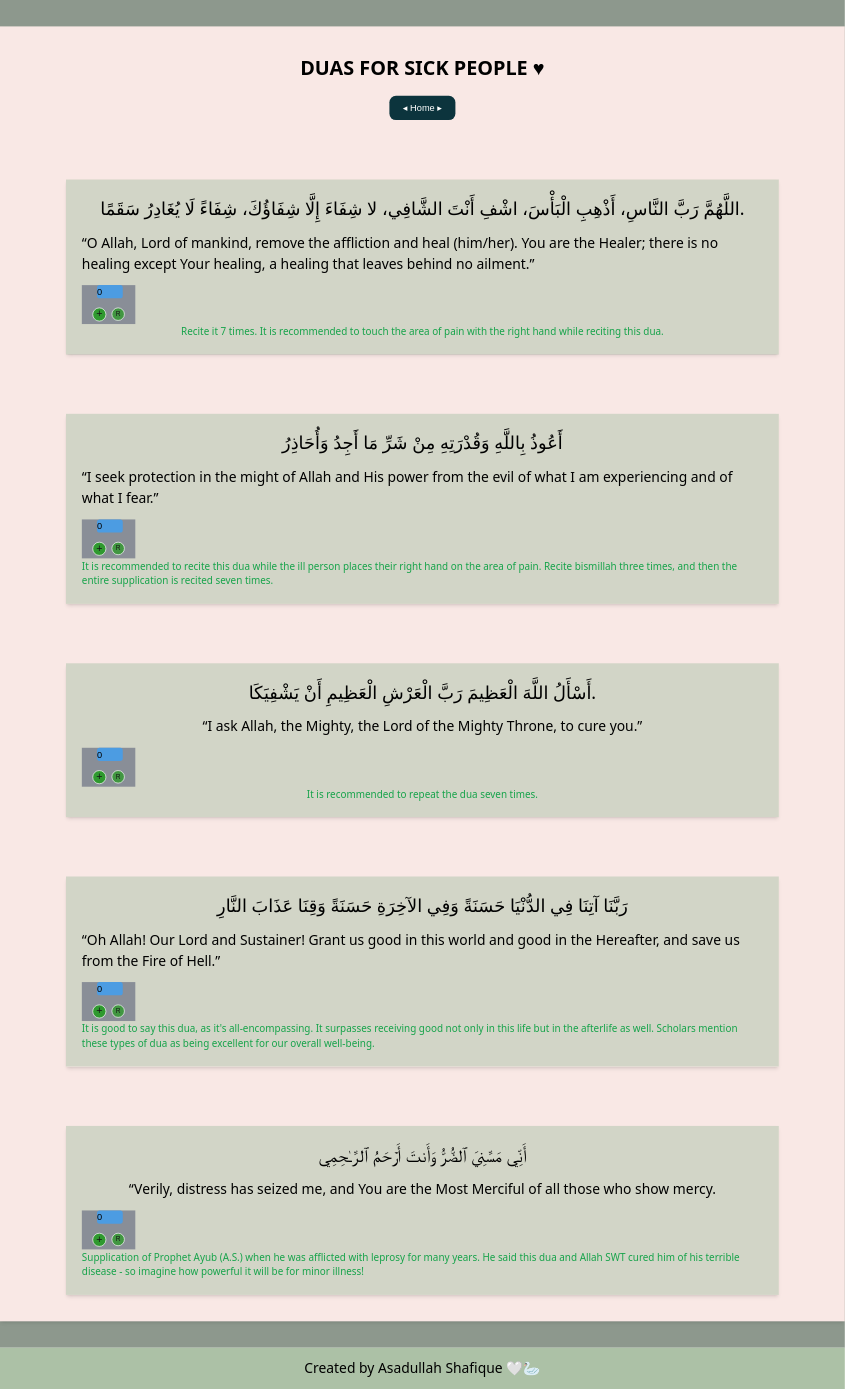
Repository: asadullah48/Duas_Diary
Page: /sick
An editor plug-in stored every save of this project. The page is shown before and after the next save, followed by the edit.
The browser window is 1280 px wide. The pictures show the whole page, at 66% of full size.
The project was rebuilt for these pictures with package versions that can differ from the ones it lists, and the page was loaded fresh each time. The framework's server and built-in components were replaced by stand-ins that run in the browser. Also part of the build but not shown: next.config.ts.

Above is the page before, as saved 2024-11-30 10:22:40.

After the next save:
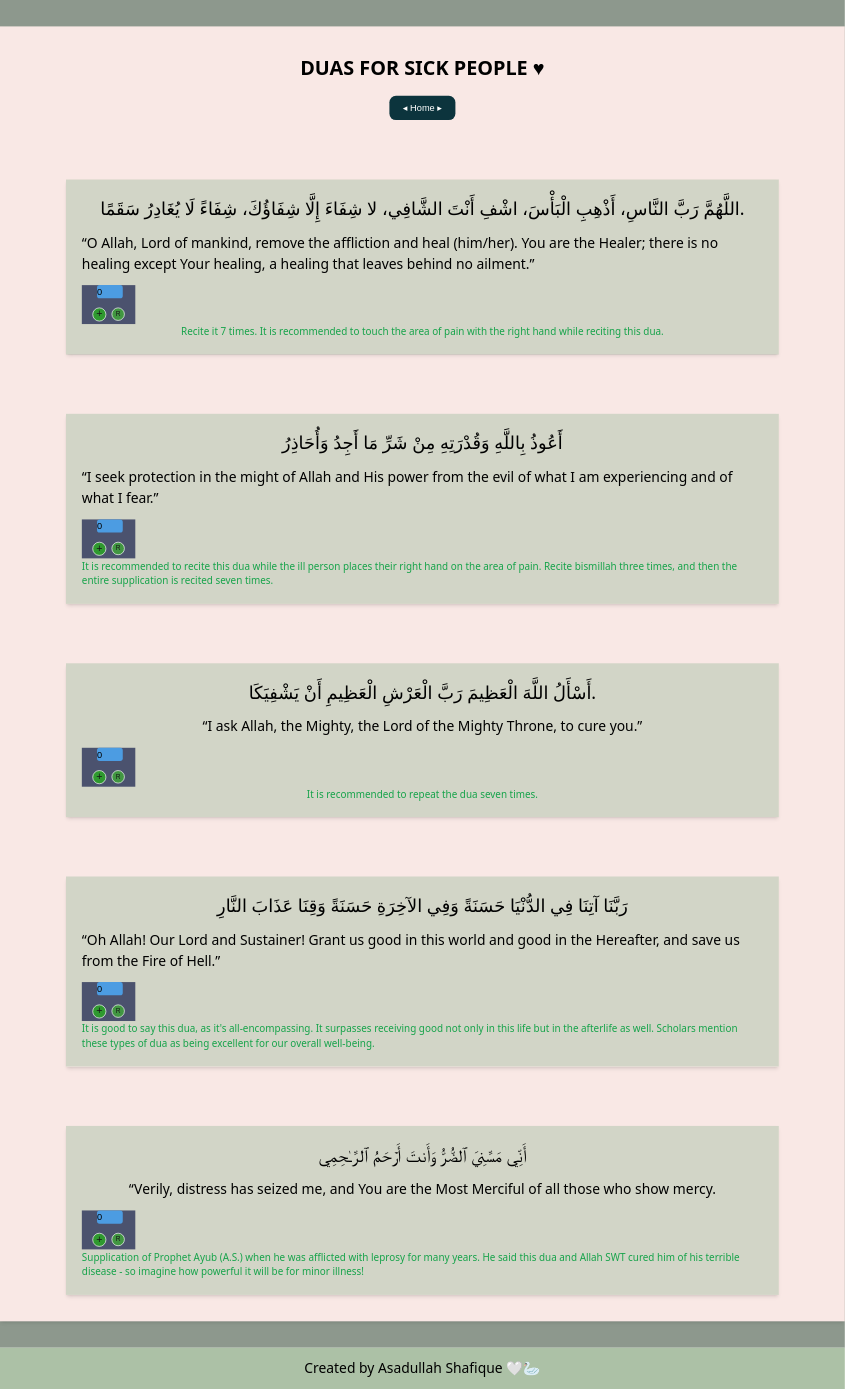
Saved 59 s later.
--- a/src/components/button.tsx
+++ b/src/components/button.tsx
@@ -16,7 +16,7 @@ export default function Button() {
   };
 
   return (
-    <div className="bg-[#0710415b] w-[81px] h-[59px] flex flex-col items-center justify-between">
+    <div className="bg-[#071041a8] w-[81px] h-[59px] flex flex-col items-center justify-between">
       <p className="text-black w-[39px] flex text-sm bg-[#4c9ce2] rounded ml-1">
         {count}
       </p>
